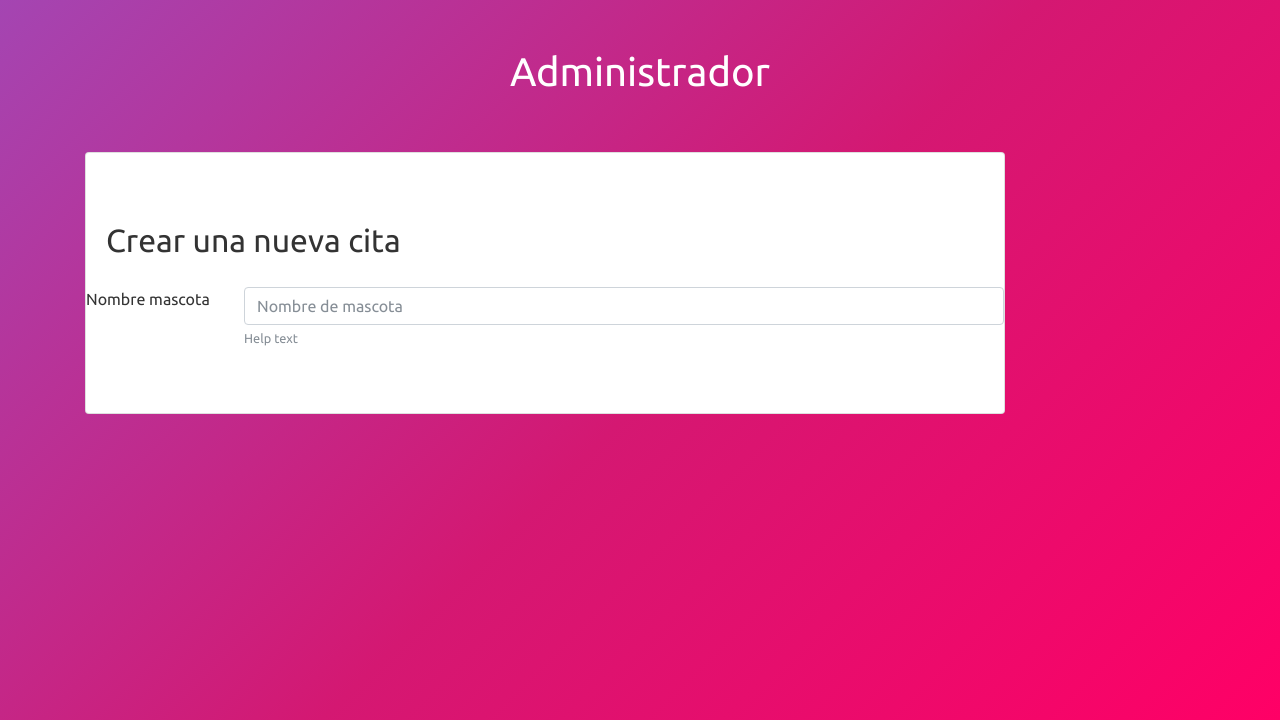
Repository: harrycampaz/react-veterinario-form
Page: /
An editor plug-in stored every save of this project. The page is shown before and after the next save, followed by the edit.
The browser window is 1280 px wide. The pictures show the whole page.
The project was rebuilt for these pictures with package versions that can differ from the ones it lists, and the page was loaded fresh each time.

Above is the page before, as saved 2020-01-16 14:12:32.

After the next save:
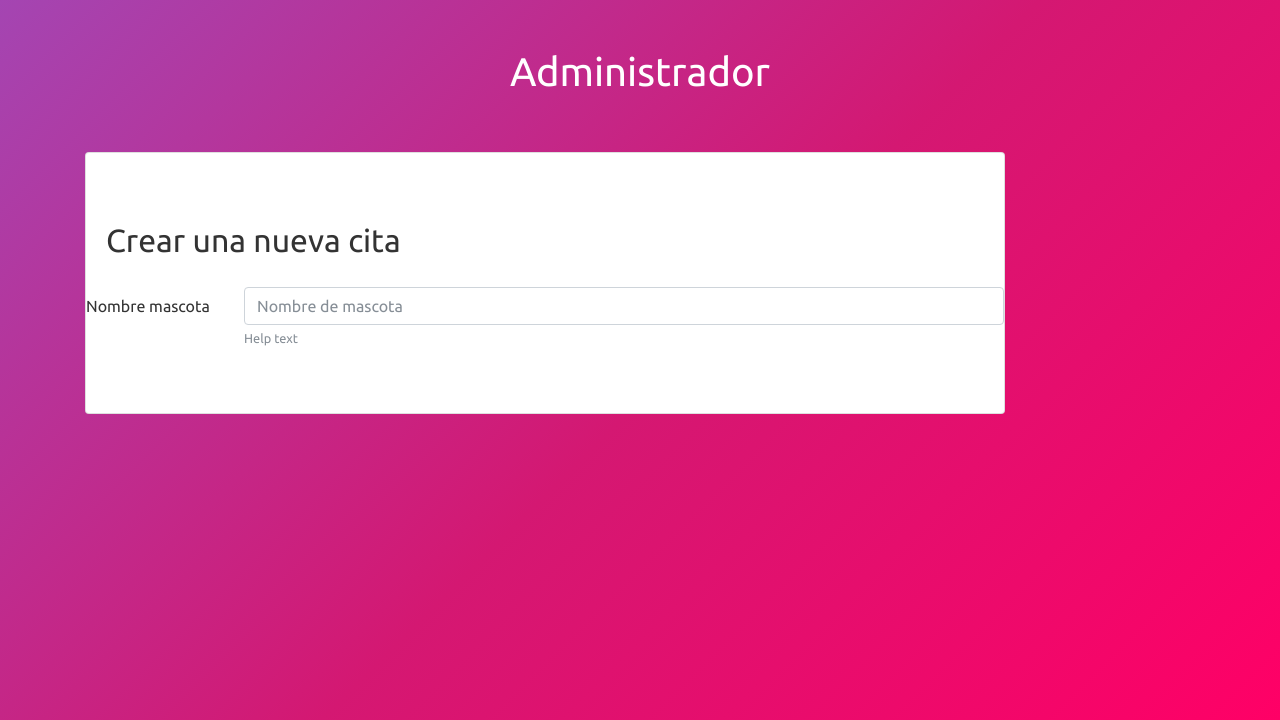
Saved 17 s later.
--- a/src/components/layout/NuevaCita.js
+++ b/src/components/layout/NuevaCita.js
@@ -10,7 +10,7 @@ class NuevaCita extends Component {
 
         <form>
           <div class="form-group row">
-            <label className='col-sm-4 col-lg-2' for="nombre">Nombre mascota</label>
+            <label className='col-sm-4 col-lg-2 col-form-label' for="nombre">Nombre mascota</label>
            <div className="col-sm-8 col-lg-10">
            <input
               type="text"
